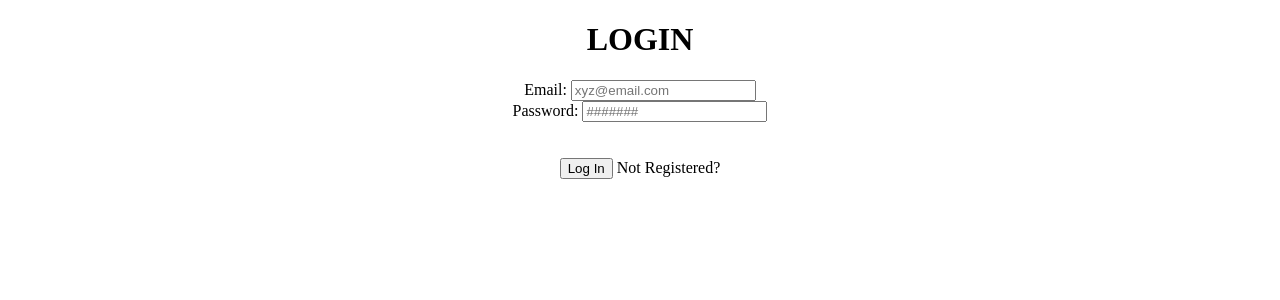
Repository: smokiesam/OnlineVotingSystem
Page: servletvoting/src/main/webapp/index.html
These files come from the project's save history. The page is drawn as it stood at one moment and after the next save; the edit follows.
The browser window is 1280 px wide. The pictures show the whole page.

Above is the page before, as saved 2024-12-03 10:52:20.

### servletvoting/src/main/webapp/index.html
<!DOCTYPE html>
<html>
<head>
<meta charset="ISO-8859-1">
<title>LOGIN</title>
</head>
<body style="text-align: center;">
	<h1>LOGIN</h1>
	<form style="text-align: center;" method="post" action="login">
		<label>Email:</label>
		<input type="text" name="email" placeholder="xyz@email.com" ><br>
		<label>Password:</label>
		<input type="password" name="passwd" placeholder="#######" ><br/>
		<br><br>
		<input type="submit" value="Log In" >
		Not Registered?<a href="newuser.html>Sign Up</a>
	</form>
</body>
</html>

After the next save:
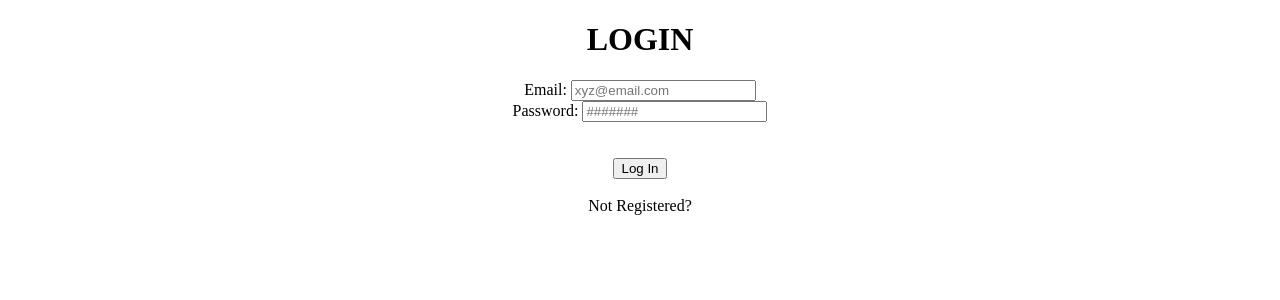
Saved 64 s later.
--- a/servletvoting/src/main/webapp/index.html
+++ b/servletvoting/src/main/webapp/index.html
@@ -6,13 +6,15 @@
 </head>
 <body style="text-align: center;">
 	<h1>LOGIN</h1>
-	<form style="text-align: center;" method="post" action="login">
+	<form method="post" action="login">
 		<label>Email:</label>
 		<input type="text" name="email" placeholder="xyz@email.com" ><br>
 		<label>Password:</label>
 		<input type="password" name="passwd" placeholder="#######" ><br/>
 		<br><br>
 		<input type="submit" value="Log In" >
+		<br>
+		<br>
 		Not Registered?<a href="newuser.html>Sign Up</a>
 	</form>
 </body>
